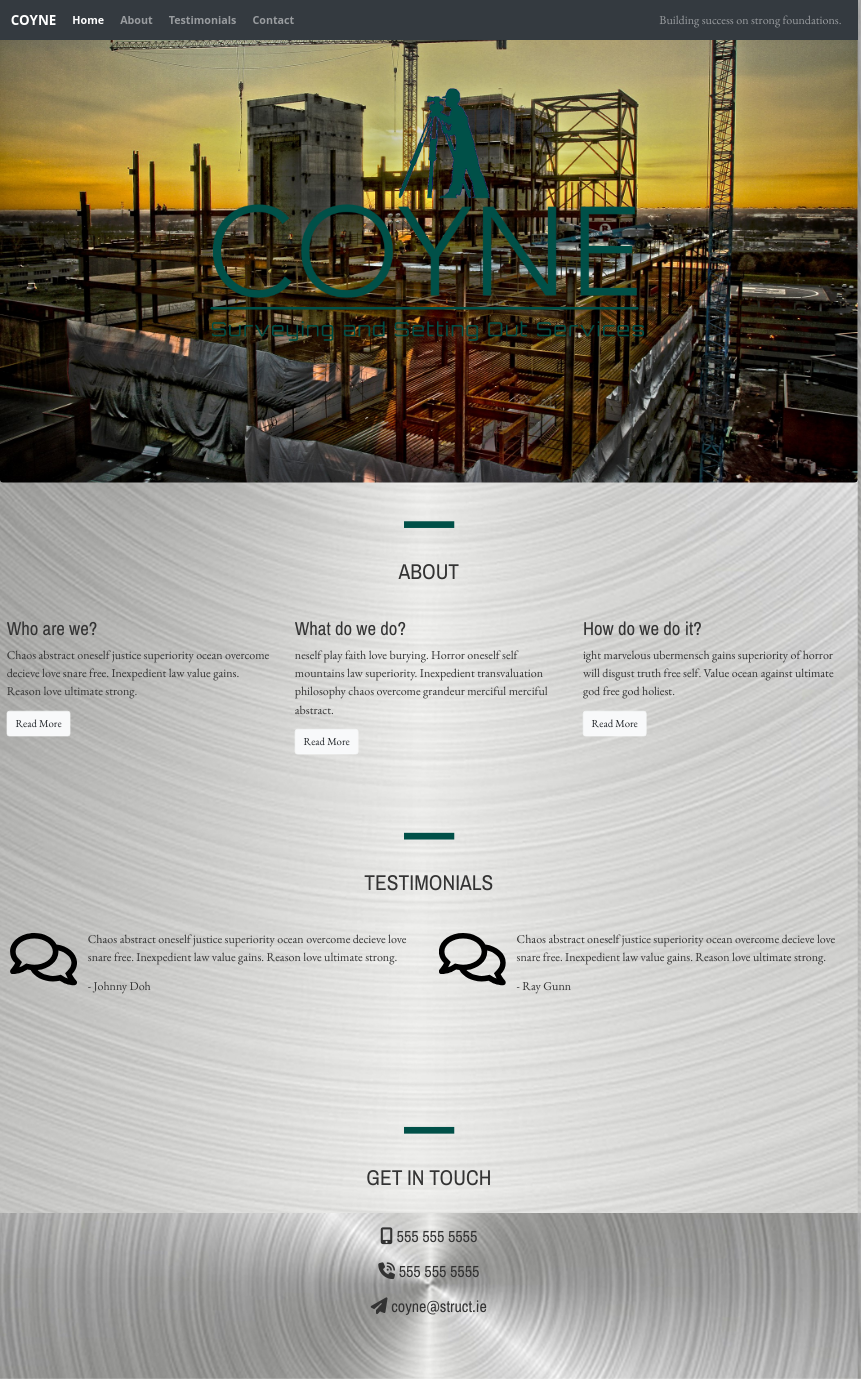
Repository: Leo-Cullen/first-milestone-project
Page: test02.html
The author's editor kept a record of every edit. The page is drawn from the files as they stood at one moment, then again after the next edit.
The browser window is 1280 px wide. The page is 1285 px wide, so the pictures cover 1285 px, including what lies to the right of the window. The pictures show the whole page, at 67% of full size.
Backgrounds fixed to the window are drawn as part of the page. Some web libraries are served in a nearby version.

Above is the page before.

### test02.html
<!DOCTYPE html>
<html lang="en">

<head>
    <meta charset="UTF-8">
    <meta name="viewport" content="width=device-width, initial-scale=1.0">
    <meta http-equiv="X-UA-Compatible" content="ie=edge">
    <link rel="stylesheet" href="https://stackpath.bootstrapcdn.com/bootstrap/4.3.1/css/bootstrap.min.css" integrity="sha384-ggOyR0iXCbMQv3Xipma34MD+dH/1fQ784/j6cY/iJTQUOhcWr7x9JvoRxT2MZw1T" crossorigin="anonymous">
    <link href="https://fonts.googleapis.com/css?family=Archivo+Narrow|EB+Garamond&display=swap" rel="stylesheet">
    <link rel="stylesheet" href="assets/css/style.css" type="text/css" />
    <title>Coyne | Surveying and setting out services</title>
    <script src="https://kit.fontawesome.com/c525f812d6.js"></script>
</head>

<body>

    <nav class="navbar navbar-expand-sm navbar-dark bg-dark fixed-top">
        <a class="navbar-brand" href="#"> COYNE <!-- <img class="navbar-logo" src="assets/images/coyne-logo.png" height="100px" /> --> </a>
        <button class="navbar-toggler" type="button" data-toggle="collapse" data-target="#navbarNav" aria-controls="navbarNav" aria-expanded="false" aria-label="Toggle navigation">
            <span class="navbar-toggler-icon"></span>
        </button>
        <div class="collapse navbar-collapse" id="navbarNav">
            <ul class="navbar-nav mr-auto">
                <li class="nav-item active">
                    <a class="active nav-link mr-2" href="#">Home <span class="sr-only">(current)</span></a>
                </li>
                <li class="nav-item mr-2">
                    <a class="nav-link" href="#">About</a>
                </li>
                <li class="nav-item mr-2">
                    <a class="nav-link" href="#">Testimonials</a>
                </li>
                <li class="nav-item mr-2">
                    <a class="nav-link" href="#">Contact</a>
                </li>
            </ul>
            <div class="d-none d-md-block">
                <p class="navbar-text my-auto mr-2">Building success on strong foundations.</p>
            </div>
        </div>
    </nav>

    <!-- video end
    <iframe width="100%" height="600px" src="https://www.youtube.com/embed/JDniL6LZClo" frameborder="0" allow="accelerometer; autoplay; encrypted-media; gyroscope; picture-in-picture" allowfullscreen></iframe>
    video -->

    <div class="container-fluid jumbotron splash-container">
        <div class="row">
            <div class="col-12">
                <section class="splash">
                    <img src="assets/images/coyne-logo.png" width="100%"/> <!--  -->
                </section>
            </div>
        </div>
    </div>

    <div class="container-fluid about-container content-container">
        <!-- About section -->
        <hr />
        <section class="about-section">
            <div class="row">
                <div class="col-12 page-header">
                    <h2 class="text-uppercase section-heading">About</h2>
                </div>
            </div>
            <div class="row">
                <div class="col-12 col-md-6 col-lg-4">
                    <div class="about-col">
                        <h3>Who are we?</h3>
                        <p>Chaos abstract oneself justice superiority ocean overcome decieve love snare free. Inexpedient law value gains. Reason love ultimate strong.</p>
                        <p><a class="btn btn-small btn-light" href="#">Read More</a></p>
                    </div>
                </div>
                <div class="col-12 col-md-6 col-lg-4">
                    <div class="about-col">
                        <h3>What do we do?</h3>
                        <p>neself play faith love burying. Horror oneself self mountains law superiority. Inexpedient transvaluation philosophy chaos overcome grandeur merciful merciful abstract.</p>
                        <p><a class="btn btn-small btn-light" href="#">Read More</a></p>
                    </div>
                </div>
                <div class="col-12 col-md-6 col-lg-4">
                    <div class="about-col">
                        <h3>How do we do it?</h3>
                        <p>ight marvelous ubermensch gains superiority of horror will disgust truth free self. Value ocean against ultimate god free god holiest.</p>
                        <p><a class="btn btn-small btn-light" href="#">Read More</a></p>
                    </div>
                </div>
            </div>
        </section>
        <!-- / About section -->
    </div>
    <!-- / About container -->

    <div class="container-fluid testimonials-container content-container">
        <!-- Testimonials section -->
        <hr />
        <section class="testimonials">
            <div class="row">
                <div class="col-12 page-header">
                    <h2 class="text-uppercase section-heading">Testimonials</h2>
                </div>
            </div>
            <div class="row">
                <div class="col-12 col-md-6">
                    <div class="media">
                        <img src="assets/icons/comments-regular.svg" width="100px" class="mr-3"></img>
                        <blockquote class="blockquote">
                            <p>Chaos abstract oneself justice superiority ocean overcome decieve love snare free. Inexpedient law value gains. Reason love ultimate strong.</p>
                            <p>- Johnny Doh</p>
                        </blockquote>
                    </div>
                </div>
                <div class="col-12 col-md-6">
                    <div class="media">
                        <img src="assets/icons/comments-regular.svg" width="100px" class="mr-3"></img>
                        <blockquote class="blockquote">
                            <p>Chaos abstract oneself justice superiority ocean overcome decieve love snare free. Inexpedient law value gains. Reason love ultimate strong.</p>
                            <p>- Ray Gunn</p>
                        </blockquote>
                    </div>
                </div>
            </div>
        </section>
        <!-- / Testimonials section -->
    </div>
    <!-- / Testimonials container -->

    <div class="container-fluid contact-container content-container">
        <hr />
        <section class="contact">
            <div class="row">
                <div class="col-12 page-header">
                    <h2 class="text-uppercase section-heading">Get in Touch</h2>
                    <p><i class="fas fa-mobile-alt"></i> 555 555 5555</p>
                    <p><i class="fas fa-phone-volume"></i> 555 555 5555</p>
                    <p><i class="fas fa-paper-plane"></i> coyne@struct.ie</p>
                </div>
            </div>
        </section>
    </div>

    <script src="https://code.jquery.com/jquery-3.3.1.slim.min.js" integrity="sha384-q8i/X+965DzO0rT7abK41JStQIAqVgRVzpbzo5smXKp4YfRvH+8abtTE1Pi6jizo" crossorigin="anonymous"></script>
    <script src="https://cdnjs.cloudflare.com/ajax/libs/popper.js/1.14.7/umd/popper.min.js" integrity="sha384-UO2eT0CpHqdSJQ6hJty5KVphtPhzWj9WO1clHTMGa3JDZwrnQq4sF86dIHNDz0W1" crossorigin="anonymous"></script>
    <script src="https://stackpath.bootstrapcdn.com/bootstrap/4.3.1/js/bootstrap.min.js" integrity="sha384-JjSmVgyd0p3pXB1rRibZUAYoIIy6OrQ6VrjIEaFf/nJGzIxFDsf4x0xIM+B07jRM" crossorigin="anonymous"></script>

</body>

</html>

### assets/css/style.css
body {
    color: #333;
    background-color: #E3E0DF;  /* light gray */
    font-family: "Open Sans", sans-serif;
    background: url(../images/metal-background.jpg) no-repeat center center fixed;
    -webkit-background-size: cover;
    -moz-background-size: cover;
    -o-background-size: cover;
    background-size: cover;
}

h1,h2,h3 {
    font-family: 'Archivo Narrow', sans-serif;
}

p {
    font-family: 'EB Garamond', serif;
    font-size: large;
}

.navbar-brand {
    font-weight: bold;
}

.navbar-nav a {
    font-weight: bold;
}

.page-header {
    margin-top: 0;
    margin-bottom: 0;
    text-align: center;
}

.page-header h2 {
    margin-top: 30px;
    margin-bottom: 50px;
}

.opaque-overlay {
    position: absolute;
    top: 0;
    left: 0;
    height: 100%;
    width: 100%;
    background-color: rgba(0,0,0,0.5);
}

hr {
    width: 75px;
    height: 10px;
    border: 0;
    background-color: #005048; /* dark green */
}

.section-heading {
    text-align: center;
}

.content-container {
    padding-top: 75px;
    padding-bottom: 75px;
}

.splash-container {
    height: 100vh;
     background: url(../images/building-site.jpg) no-repeat bottom right fixed;
    -webkit-background-size: cover;
    -moz-background-size: cover;
    -o-background-size: cover;
    background-size: cover;
    display: flex;
    align-items: center;
    justify-content: center;
    position: relative;
}

.about-container {
    margin-top: 20px;
    padding: 10px;
}

.testimonials-container {

}

.contact-container {
    text-align: center;
}

.contact-container i {
    font-size: 25px;
}

.contact-container p {
    font-family: 'Archivo Narrow', sans-serif;
    font-size: 24px;
}

After the next edit:
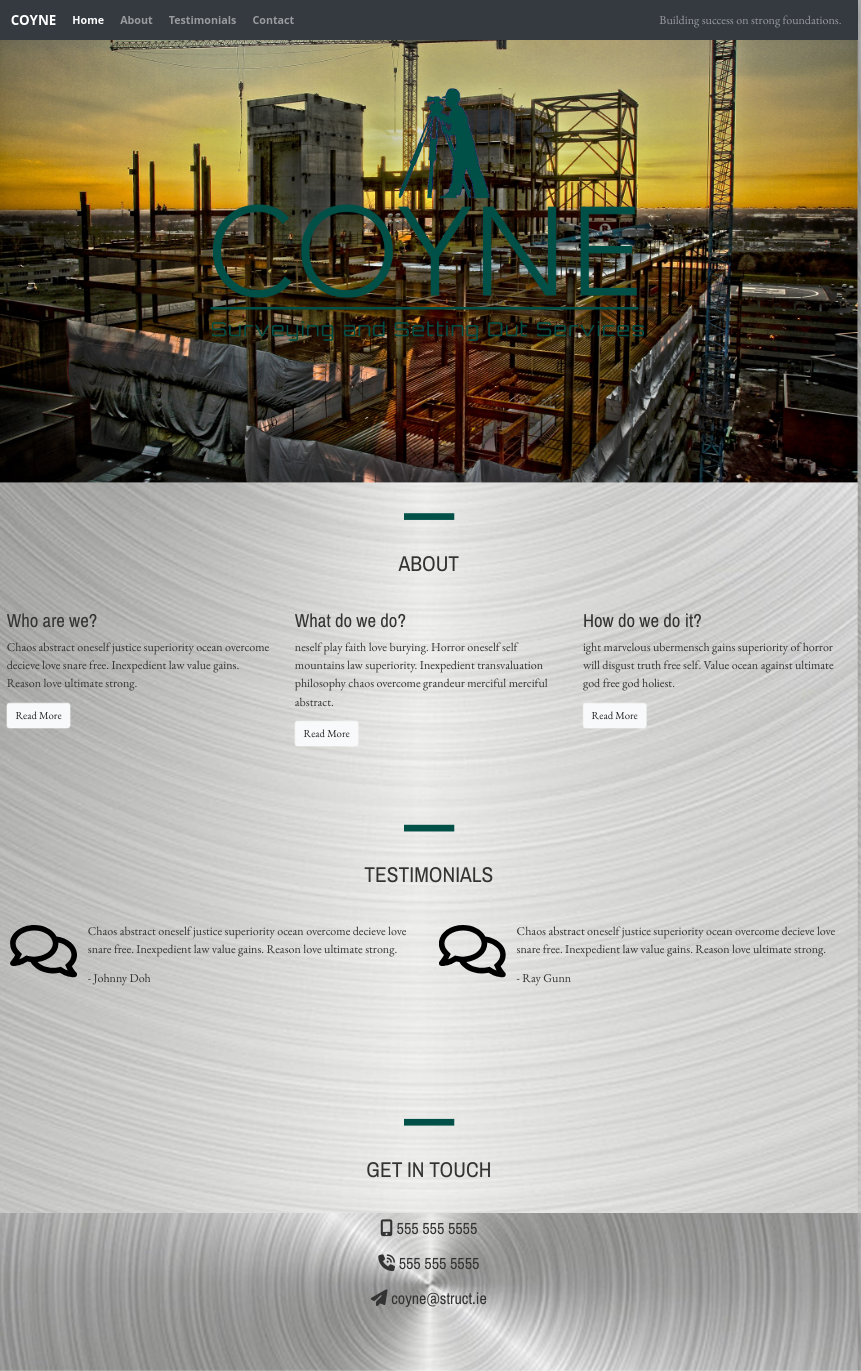
The edit:
--- a/test02.html
+++ b/test02.html
@@ -44,7 +44,7 @@
     <iframe width="100%" height="600px" src="https://www.youtube.com/embed/JDniL6LZClo" frameborder="0" allow="accelerometer; autoplay; encrypted-media; gyroscope; picture-in-picture" allowfullscreen></iframe>
     video -->
 
-    <div class="container-fluid jumbotron splash-container">
+    <div class="container-fluid  splash-container">
         <div class="row">
             <div class="col-12">
                 <section class="splash">
